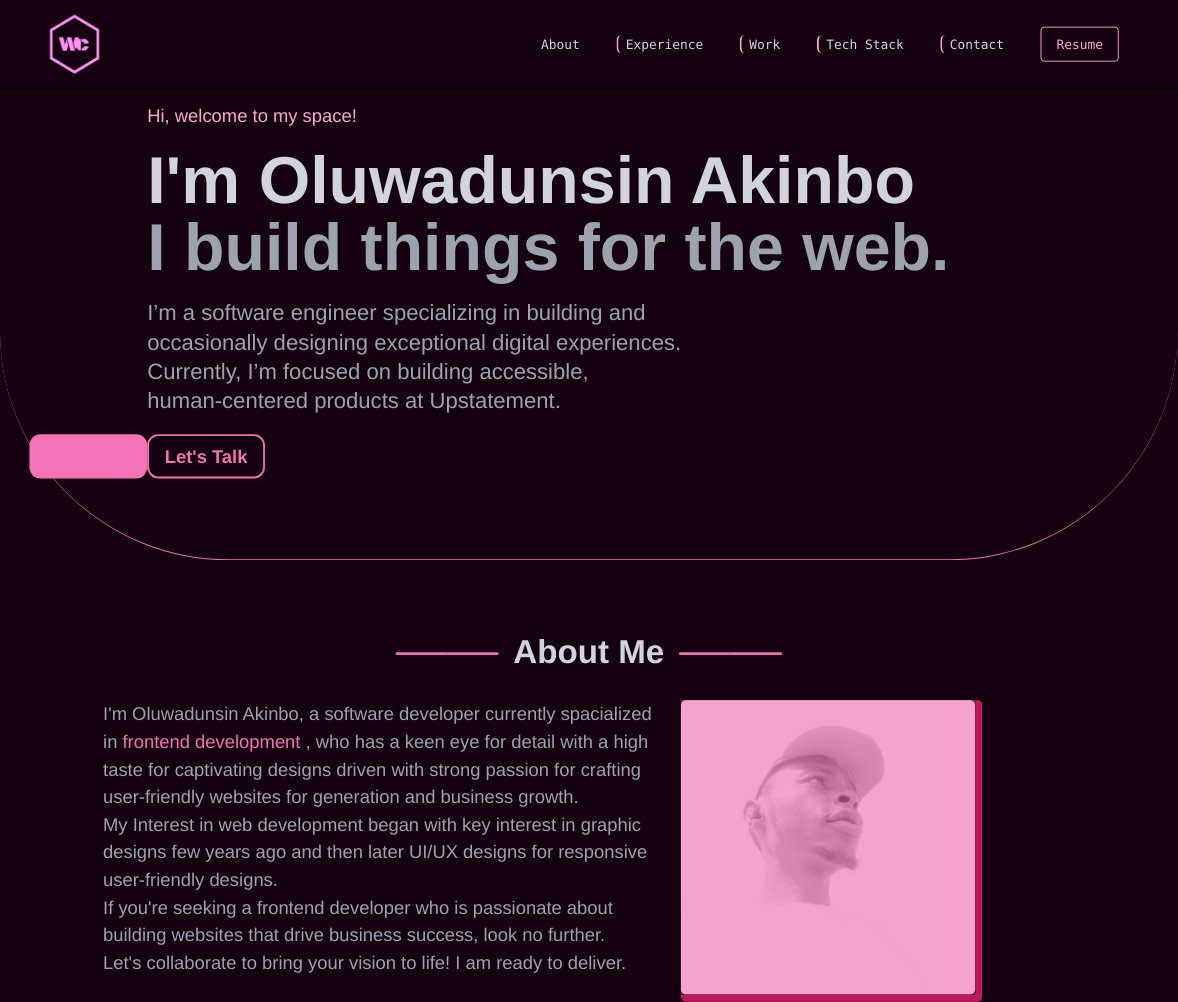
Repository: EmmyDunny1/myPortfolio
Page: / (app in MyPortfolio/)
These files come from the project's save history. The page is drawn as it stood at one moment and after the next save; the edit follows.
The browser window is 1280 px wide. The pictures show the whole page, at 92% of full size.
The project was rebuilt for these pictures with package versions that can differ from the ones it lists, and the page was loaded fresh each time. Also part of the build but not shown: MyPortfolio/vite.config.js.

Above is the page before, as saved 2025-01-14 21:03:09.

### MyPortfolio/index.html
<!doctype html>
<html lang="en">
  <head>
    <meta charset="UTF-8" />
    <link rel="icon" type="image/svg+xml" href="/vite.svg" />
    <meta name="viewport" content="width=device-width, initial-scale=1.0" />
    <title>My Portfolio Website</title>
  </head>
  <body>
    <div id="root"></div>
    <script type="module" src="/src/main.jsx"></script>
  </body>
</html>

### MyPortfolio/src/index.css
@tailwind base;
@tailwind components;
@tailwind utilities;


body{

    max-width: 90rem;
  /* margin-left: 2rem;
  margin-right: 2rem; */
  background:   rgb(21, 0, 15);
  font-family: "Helvetica Neue";
  }

  img {
    width: 12rem;
    height: 7rem;
  }

  p{ font-size: 14px

  }

### MyPortfolio/src/App.jsx
import React from 'react'
import Navbar from './components/Navbar'
import HeroSection from './components/HeroSection'
import AboutMe from './components/AboutMe'
const App = () => {
  return (
    <div>
    <div className=''> <Navbar/> </div>
    <div className='mt-[7rem] border-b border-solid border-pink-400 rounded-full pb-[3rem]'><HeroSection/> </div>
    <div className=''><AboutMe/></div>

    </div>
  )
}

export default App

### MyPortfolio/src/components/Navbar.jsx
import React from 'react'
import WEBCANIC from '../assets/WEBCANIC.png'

const Navbar = () => {
  return (
    <nav className="fixed top-0 left-0 w-full bg-dark-navy shadow-sm  shadow-black text-gray-300 z-10">
    <div className=" flex items-center justify-between py-4 mx-[4rem]">
      <div className="flex items-center">

          <img src={WEBCANIC} className='h-[4rem] w-[4rem] object-cover ml-[-10px]'  alt="" />

      </div>
      <div className="flex items-center space-x-8 ">
        <a
          href="#about"
          className="hover:text-green text-sm font-mono  border-solid border-pink-300 rounded-md px-2 ">
          <div>  </div>  About
        </a>
        <a
          href="#experience"
          className="hover:text-green text-sm font-mono border-l-2 border-solid border-pink-300 rounded-md px-2">
           Experience
        </a>
        <a
          href="#work"
          className="hover:text-green text-sm font-mono border-l-2 border-solid border-pink-300 rounded-md px-2">
           Work
        </a>
        <a
          href="#work"
          className="hover:text-green text-sm font-mono border-l-2 border-solid border-pink-300 rounded-md px-2">
           Tech Stack
        </a>
        <a
          href="#contact"
          className="hover:text-green text-sm font-mono border-l-2 border-solid border-pink-300 rounded-md px-2">
           Contact
        </a>
        <a
          href="/resume.pdf"
          download
          className="border border-green text-pink-300 px-4 py-2 rounded text-sm font-mono hover:bg-green hover:text-dark-navy hover:shadow-sm hover:shadow-gray-300 hover:border-gray-300 hover:text-gray-300 transition border-pink-300">
          Resume
        </a>
      </div>
    </div>
  </nav>
  )
}

export default Navbar

### MyPortfolio/src/components/HeroSection.jsx
import React from 'react'

const HeroSection = () => {
  return (
    <div className='block mx-[10rem] '>

      <div className=''>
        <span className='text-pink-300 text-xl '>Hi, welcome to my space!</span>
        <h1 className='text-7xl text-gray-300 pt-5 font-bold '>I'm Oluwadunsin Akinbo</h1>
        <h2 className='text-7xl text-gray-400 font-bold'>I build things for the web.</h2>

        <p className='text-2xl text-gray-400 py-5'>I’m a software engineer specializing in building and <br />occasionally designing exceptional digital experiences. <br />Currently, I’m focused on building accessible,<br /> human-centered products at Upstatement.</p>


      </div>


<button className='h-[3rem] w-[8rem] bg-pink-400  text-pink-400 text-xl font-bold rounded-xl mb-10 ml-[-8rem] z-0'>Let's Talk</button>
<button className='h-[3rem] w-[8rem] border-solid border-pink-400 border-2 text-pink-400 text-xl font-bold rounded-xl z-10'>Let's Talk</button>


    </div>
  )
}

export default HeroSection

### MyPortfolio/src/components/AboutMe.jsx
import React from 'react'
import { FiMinus } from 'react-icons/fi'
import myImage from '../assets/myImage.jpg'


const AboutMe = () => {
  return (
    <div className=' mx-[7rem] mt-[5rem]'>
      <div className='flex mx-auto justify-center align-center'>
      <FiMinus className='h-[2.5px] w-[7rem] mt-5 mr-4 rounded-2xl bg-pink-400'/>
        <h1 className='text-gray-300 text-4xl pb-[2rem] font-bold'>  About Me </h1>
         <FiMinus className='h-[2.5px] w-[7rem] mt-5 ml-4 rounded-2xl bg-pink-400'/>
      </div>
    <div className='flex gap-8'>
        <div className=''>
            <p className='text-gray-400 text-xl leading-normal justify-center '>I'm Oluwadunsin Akinbo, a software developer currently spacialized <br />in <span className='text-pink-400'>frontend development </span>
            , who has a keen eye for detail with a high <br />taste for captivating designs driven with strong passion for crafting <br />user-friendly websites for generation and business growth.
            <br />

               <span className='pt-10'>My Interest in web development began with key interest in graphic <br />designs few years ago and then later UI/UX designs for responsive <br />user-friendly designs.  </span>


              <br />If you're seeking a frontend developer who is passionate about <br /> building websites that drive business success, look no further.
<br />
              Let's collaborate to bring your vision to life! I am ready to deliver. </p>
        </div>
        <div className='  relative hover:translate-y-2 border-solid rounded-md border-pink-700 border-r-8 border-b-8 hover:translate-x-2 transition duration-300 '>
            <img src={myImage} alt="my picture" className='object-cover h-[20rem] w-[20rem] items-center   transition-transform rounded-md ' />
        <div className='absolute inset-0 bg-pink-500 hover:bg-gray-600 opacity-50 hover:opacity-30 '>
         </div>

         {/* <div className=' h-[20rem] w-[20rem] border-solid border-pink-500 pt-10'></div> */}
        </div>

    </div>

    </div>
  )
}

export default AboutMe

Loaded but not shown: MyPortfolio/src/main.jsx (common file); MyPortfolio/tailwind.config.js (common file)

After the next save:
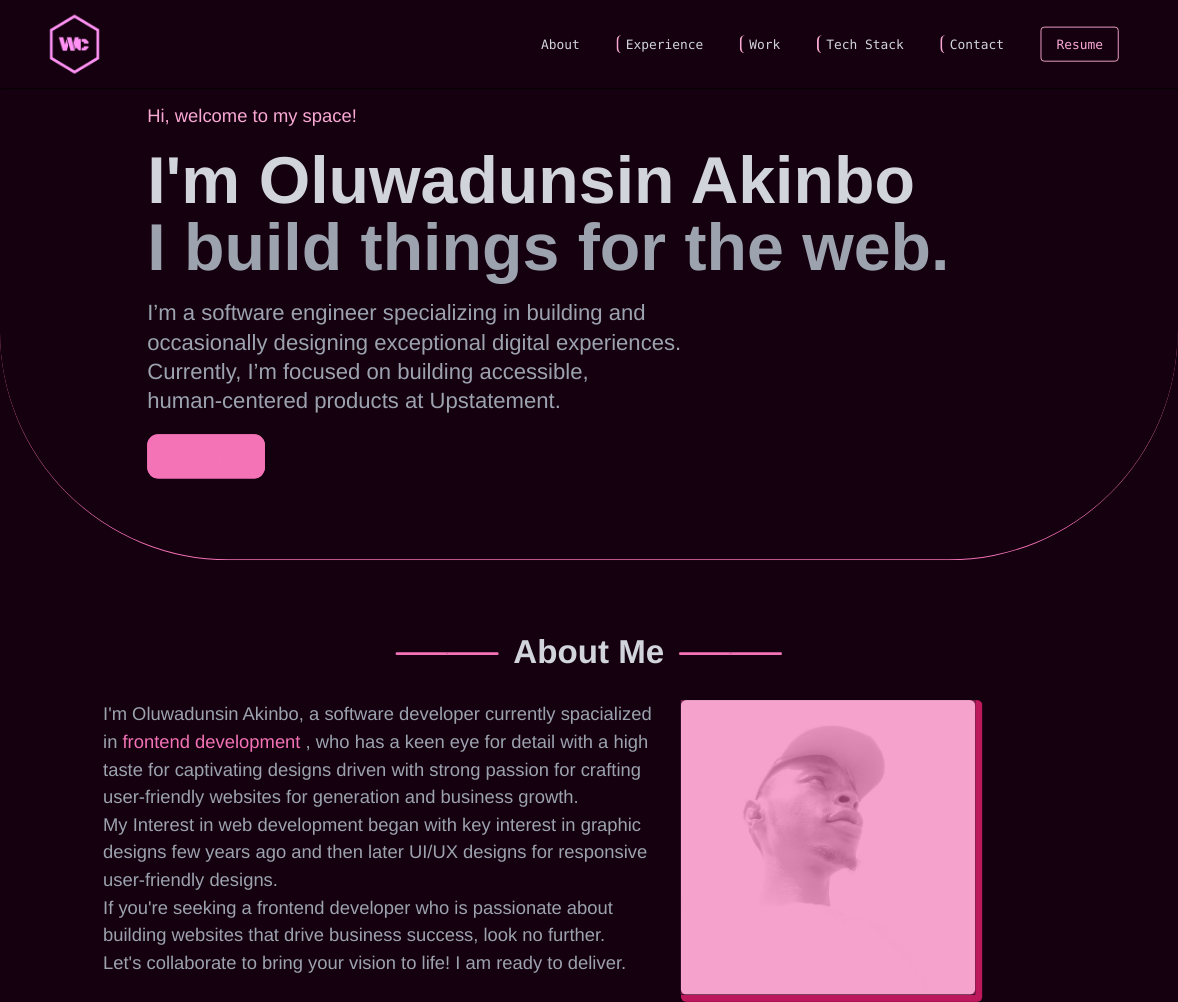
Saved 11 s later.
--- a/MyPortfolio/src/components/HeroSection.jsx
+++ b/MyPortfolio/src/components/HeroSection.jsx
@@ -14,10 +14,9 @@ const HeroSection = () => {
 
       </div>
 
+<button className='h-[3rem] w-[8rem] border-solid border-pink-400 border-2 text-pink-400 text-xl font-bold rounded-xl z-10'>Let's Talk</button>
 
 <button className='h-[3rem] w-[8rem] bg-pink-400  text-pink-400 text-xl font-bold rounded-xl mb-10 ml-[-8rem] z-0'>Let's Talk</button>
-<button className='h-[3rem] w-[8rem] border-solid border-pink-400 border-2 text-pink-400 text-xl font-bold rounded-xl z-10'>Let's Talk</button>
-
 
     </div>
   )
